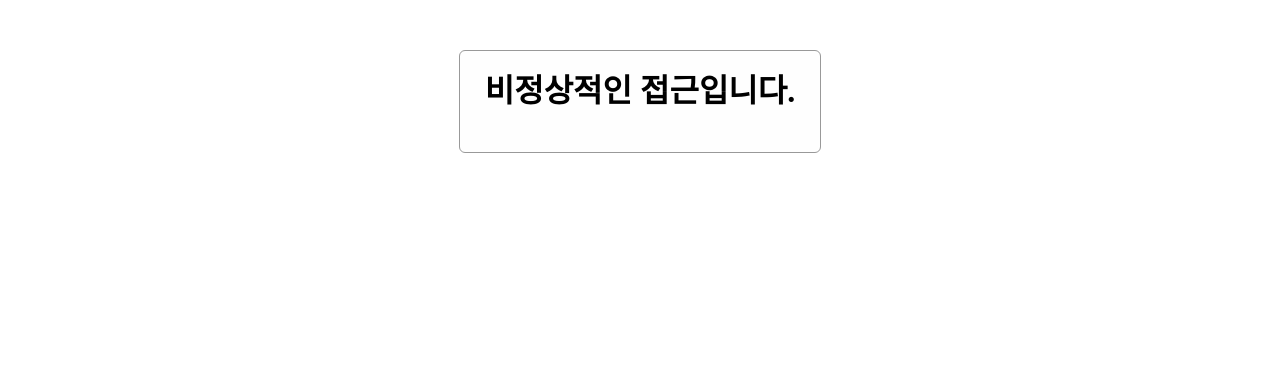
Repository: acredev/Restaurant_Management_System
Page: http://localhost/leekangjo/jsp/mypage/mypage.jsp
An editor plug-in stored every save of this project. The page is shown before and after the next save, followed by the edit.
The browser window is 1280 px wide. The pictures show the whole page.
The page is served by Tomcat 9. Other server files are loaded and not shown.

Above is the page before, as saved 2023-05-20 18:02:46.

### leekangjo/WebContent/jsp/mypage/mypage.jsp
 	<%@page import="java.sql.*" %>
<%@ page language="java" contentType="text/html; charset=UTF-8"
    pageEncoding="UTF-8"%>

<%
	String user_id = request.getParameter("user_id");
	session.setAttribute("MEMBERID", user_id);
	String memberId = (String)session.getAttribute("MEMBERID");
	boolean login = memberId == null ? false : true;
%>

<!DOCTYPE html>
<html>
	<head>
		<meta charset="utf-8">
	    <title>LEEKANGJO - 마이페이지</title>
	    <link href="../../css/mypage.css" rel="stylesheet">
	    <link href="../../css/buttonST.css" rel="stylesheet">
	    <link rel="icon" href="../../img/favicon1.png" type="image/x-icon" sizes="16x16">
	</head>
	<body>
	<%
	if (login)
	{
		try
		{
			//JDBC 드라이버 연결
    		Class.forName("com.mysql.jdbc.Driver");
    		String db_address = "jdbc:mysql://127.0.0.1:3306/kyungmin_store";
    		String db_username = "root";
    		String db_pwd = "root";
    		Connection connection = DriverManager.getConnection(db_address, db_username, db_pwd);

            // 문자열의 인코딩 방식 설정
            request.setCharacterEncoding("UTF-8");

            String insertQuery = "SELECT id, name from kyungmin_store.member where id=?";

            PreparedStatement psmt = connection.prepareStatement(insertQuery);

            psmt.setString(1, user_id);

            ResultSet result = psmt.executeQuery();

            if (result.next() == true)
            {
            	String user_name = result.getString("name");
            	System.out.print(user_name);
            	%>
            	<form name="mypage" class="mypage" method="post">
	    			<div class="outBox">
		    			<div class="boxtitle">
		        			<img src="../../img/Logo4.png" alt="" class="loginImg" onclick="location.href='../../index.jsp'">
    	    				<h1>마이페이지</h1>
                   			<h2>안녕하세요! <input type="text" value="<%=user_name%>"></h2>
                   			<input type="hidden" name="user_id" id="user_id" value="<%=user_id %>">
	    				</div>
    					<button type="button" onclick="myinfo_click()" class="tagbarBT" id="btn_id"> <img src="../../img/myimg.png" class="testimg">나의정보 </button>
                		<button type="button" onclick="alert('잠시 후 시도해주세요.')" class="tagbarBT" id="btn_id"> <img src="../../img/purchase.png" class="testimg">주문내역 </button>
                		<button type="button" onclick="alert('잠시 후 시도해주세요.')" class="tagbarBT" id="btn_id"> <img src="../../img/review.png" class="testimg">리뷰관리 </button>
                		<hr>
					</div>
				</form>
            	<%
            }
            else
            {%>
            	<form name="mypage" class="mypage" method="post">
    	    		<div class="outBox">
						<div class="boxtitle">
						<a class="topid">오류</a>
						<hr>
							<div class="form-item">
								<h1>잘못된 접근입니다.</h1>
								<br>
								<h2>비로그인 상태로 비정상적인 접근입니다.</h2>
							</div>
						</div>
					</div>
    			</form>
    		<%
            }
		}
		catch (Exception ex)
		{
			out.print(ex);
		}
	}
	else
	{%>
		<form name="mypage" class="mypage" method="post">
			<div class="outBox">
	    		<h1>비정상적인 접근입니다.</h1>
			</div>
		</form>
	<%
	}%>
	</body>
	<script src="../../js/mypage.js"></script>
</html>

### leekangjo/WebContent/css/mypage.css
.outBox {margin:50px auto; padding:20px; max-width:320px; border:1px solid #999; border-radius:6px; background-color: #FEFEFE;
}


.IPSBOX{
    margin-top: 10%;
    text-align: center;
}

h1{
    margin-top: -2%;
    text-align: center;
}

#btn_id{
    margin-top: 5%;
    width: 32%;
    margin-bottom: 15%;
}

.testimg{
    width: 100%;
}


img:hover{
	cursor: pointer;
}
h2{
    text-align: left;
    margin-left: 3%;
    font-size: 17px;
}

.topid{
    margin-left: 1%;
    font-size: 20px;
    font-weight: bold;
}
.bye{
    font-size: 13px;
    color: #585858
}
.bye:hover{
    cursor: pointer;
     text-decoration: underline;
}
hr{
    margin-bottom: 5%;
}
input::-webkit-outer-spin-button,
input::-webkit-inner-spin-button {
  -webkit-appearance: none;
  margin: 0;
}
a{
    font-weight: bold;
}
.form-item {
    flex-direction: row-reverse;
    width: 100%;
    align-items: center;
    margin-bottom: 23%;
}
.form-item input {
    width: 92%;
    padding: 12px;
    font-size: 14px;
    color: #111111;
    border: 0;
    border: 1px #cccccc solid;
    margin-bottom: 3%;
}

#usertel:focus{
    border-color:#0982f0;
}
.form-item input:focus {

    outline: none;
}
#email_change{
    width:100%;
    float:right;
    margin-bottom:10%;
}
#telnum_change{
    width: 100%;
    float: right;
    margin-bottom: 15%;
}
#pw_change{
    width:100%;
    float:right;
    margin-bottom:17%;
}
#myinfo_cancle{
    background-color: #DDDDDD;
}
#goto_myinfo{
    width: 100%;
    margin-bottom: 5%
}
.my_pwd{
     width: 92%;
    padding: 12px;
    font-size: 14px;
    color: #111111;
    border: 0;
    border: 1px #cccccc solid;

    margin-bottom: 5%;
}
.my_pwd:focus{
    outline: none;
}
.tagbarBT{
    width: 49%;
}

.btnbox{
    margin-top: -18%;
    margin-bottom: 5%;
}
.form-item input:nth-child(-n+7){
    background-color: #EFEFEF
}

.veri_form-item{
    margin-bottom: %;
}
textarea{
    width: 100%;
    font-size: 15px;
    margin-top: 5%;
    margin-bottom: 5%;
    resize: none;

}
button:disabled{
    background-color: lightgray;
}
button:disabled:hover{
	cursor: not-allowed;
}
#byebtn{
    margin-top: 8%;
    margin-bottom: 5%;
    width: 100%;

}
.IPSBOX{
    margin-top: 7%;
    text-align: center;
}

### leekangjo/WebContent/css/buttonST.css
/* 프로젝트 내부의 버튼 스타일을 결정하는 css 파일입니다. */

.tagbarBT {
  position: relative;
  cursor: pointer;
  font-size: inherit;
  font-family: inherit;
  font-weight: 600;
  color: #382b22;
  padding: 0.5em 1em;
  background: #ffffff;
  border: 2px solid #000;
  border-radius: 0.75em;
  transform-style: preserve-3d;
  transition: transform 150ms cubic-bezier(0, 0, 0.58, 1), background 150ms cubic-bezier(0, 0, 0.58, 1);
}

.tagbarBT::before {
  position: absolute;
  content: "";
  width: 100%;
  height: 100%;
  top: 0;
  left: 0;
  right: 0;
  bottom: 0;
  background: darkgray;
  border-radius: inherit;
  box-shadow: 0 0 0 2px #000, 0 0.625em 0 0 lightgray;
  transform: translate3d(0, 0.75em, -1em);
  transition: transform 150ms cubic-bezier(0, 0, 0.58, 1), box-shadow 150ms cubic-bezier(0, 0, 0.58, 1);
}

.tagbarBT:hover {
  background: lightgray;
  transform: translate(0, 0.25em);
}

.tagbarBT:hover::before {
  box-shadow: 0 0 0 2px , 0 0.5em 0 0 lightgray;
  transform: translate3d(0, 0.5em, -1em);
}

.tagbarBT:active {
  background: lightgray;
  transform: translate(0em, 0.75em);
}

.tagbarBT:active::before {
  box-shadow: 0 0 0 2px , 0 0;
  transform: translate3d(0, 0, -1em);
}

### leekangjo/WebContent/js/mypage.js
function myinfo_click()
{
	var user_id = document.getElementById("user_id");
	popupWindow = window.open("/leekangjo/myinfo/myinfo_pwdchk.jsp?user_id=" + user_id.value, "_blank","resizeable","toolbar=no");
		popupWindow.resizeTo(500,600);
		popupWindow.onresize=(_=>{
			popupWindow.resizeTo(500,600);
		})
}

function myinfo_pwdchk()
{
	document.myinfo_pwdchk.submit();
}

function myinfo_pwdchange()
{
	var user_id = document.getElementById("user_id");

	popupWindow = window.open("myinfo_pwdchange.jsp?user_id=" + user_id.value, "_blank","resizeable","toolbar=no");
	popupWindow.resizeTo(500,650);
	popupWindow.onresize=(_=>{
		popupWindow.resizeTo(500,650);
	});
}

function myinfo_pwdchange_chk()
{
	var pwd = document.pwd_change.pwd.value;
	var pwdsame = document.pwd_change.pwdsame.value;
	var pwd_chk = /^[a-zA-Z0-9]{6,16}$/;

	if (!pwd_chk.test(pwd))
	{
		window.alert("비밀번호는 6글자 이상, 16글자 이하로만 사용 가능합니다.");
		document.pwd_change.pwd.focus();
	}
	else
	{
		if (pwd!= "" && pwdsame != "")
		{
			if (pwd == pwdsame)
			{
				document.getElementById("pwdsame_result").value = "비밀번호가 일치합니다.";
				document.getElementById("pwdsame_result").style.color = "blue";
				document.getElementById("isPwdSame").value = "yes";
			}
			else
			{
				document.getElementById("pwdsame_result").value = "비밀번호가 일치하지 않습니다.";
				document.getElementById("pwdsame_result").style.color = "red";
				document.getElementById("isPwdSame").value = "no";
			}
		}
	}
}

function myinfo_pwdchange_finish()
{
	var isPwdSame = document.getElementById("isPwdSame");

	if (isPwdSame.value == "no")
	{
		alert("비밀번호가 일치하지 않습니다. 확인 후 다시 시도해 주세요.");
	}
	else
	{
		alert("비밀번호 변경사항이 발생했습니다. '나의 정보 → 저장' 버튼을 눌러 변경사항을 저장해 주세요.");
		opener.document.myinfo.isPwdChange.value = document.pwd_change.pwd.value;
		opener.document.myinfo.pwd_change.disabled = "disabled";
		opener.document.myinfo.pwd_change.style.backgroundColor = "#DDDDDD";
		opener.document.myinfo.pwd_change.innerText = "비밀번호 변경완료";
		opener.document.myinfo.pwd_change.style.color = "blue";
		close();
	}
}

function myinfo_telchange()
{
	popupWindow = window.open("myinfo_telchange.jsp", "_blank","resizeable","toolbar=no");
	popupWindow.resizeTo(500,600);
	popupWindow.onresize=(_=>{
	popupWindow.resizeTo(500,600);
	})
}

function myinfo_emailchk()
{
	var user_email = document.getElementById("user_email");
	var email_chk = /^[0-9a-zA-Z]([-_.]?[0-9a-zA-Z])*@[0-9a-zA-Z]([-_.]?[0-9a-zA-Z])*.[a-zA-Z]{2,3}$/i;
	if (user_email.value == "")
	{
		alert("이메일 입력 후 다시 시도해 주세요.");
		email.focus();
	}
	else if (!email_chk.test(user_email.value))
	{
		alert("이메일 형식에 맞지 않습니다. 이메일을 올바르게 입력 후 다시 시도해 주세요.");
		user_email.focus();
	}
	else
	{
		popupWindow = window.open("myinfo_emailchange.jsp", "_blank","resizeable","toolbar=no");
		popupWindow.resizeTo(500,600);
		popupWindow.onresize=(_=>{
			popupWindow.resizeTo(500,600);
		})
	}
}

function myinfo_telchk()
{
	var user_tel = document.getElementById("user_tel");
	var tel_num_chk = /^01([0|1|6|7|8|9])-?([0-9]{3,4})-?([0-9]{4})$/;

	if (user_tel.value == "")
	{
		alert("휴대폰 번호가 입력되지 않았습니다. 휴대폰 번호를 입력하고, 다시 시도해 주세요.");
		user_tel.focus();
	}
	else if (!tel_num_chk.test(user_tel.value))
	{
		alert("휴대폰 번호 형식에 맞지 않습니다. 휴대폰 번호 입력 시, 하이픈 (-) 제거 후 숫자만 입력 바랍니다.");
	}
	else
	{
		document.form_telchange.submit();
	}
}


function myinfo_saveBtn()
{

	var user_name = document.getElementById("user_name");
	var user_email = document.getElementById("user_email");
	var user_tel = document.getElementById("user_tel");

	var isEmailChange = document.getElementById("isEmailChange");
	var isTelChange = document.getElementById("isTelChange");
	var isPwdChange = document.getElementById("isPwdChange");


	if (isEmailChange.value == "no" && isTelChange.value == "no" && isPwdChange.value == "no")
	{
		alert("회원정보를 수정할 변경사항이 존재하지 않습니다. 확인 후 다시 시도해 주세요.");
	}
	else
	{
		if (isEmailChange.value == "yes" && isTelChange.value == "no" && isPwdChange.value == "no")
		{
			alert(user_name.value + " 회원님의 이메일 주소가 변경되었습니다.\n[변경내용]이메일 주소 : " + user_email.value);
			document.myinfo.submit();
		}
		else if (isEmailChange.value == "no" && isTelChange.value == "yes" && isPwdChange.value == "no")
		{
			alert(user_name.value + " 회원님의 휴대폰 번호가 변경되었습니다.\n[변경내용]휴대폰 번호 : " + user_tel.value);
			document.myinfo.submit();
		}
		else if (isEmailChange.value == "no" && isTelChange.value == "no" && isPwdChange.value != "no")
		{
			alert(user_name.value + " 회원님의 비밀번호 변경이 완료되었습니다.");
			document.myinfo.submit();
		}
		else if (isEmailChange.value == "yes" && isTelChange.value == "yes" && isPwdChange.value == "no")
		{
			alert(user_name.value + " 회원님의 이메일 주소와 휴대폰 번호가 변경되었습니다.\n[변경내용]휴대폰 번호 : " + user_tel.value + "\n이메일 주소 : " + user_email.value);
			document.myinfo.submit();
		}
		else if (isEmailChange.value == "yes" && isTelChange.value == "no" && isPwdChange.value != "no")
		{
			alert(user_name.value + " 회원님의 이메일 주소와 비밀번호가 변경되었습니다.\n[변경내용]이메일 주소 : " + user_email.value);
			document.myinfo.submit();
		}
		else if (isEmailChange.value == "no" && isTelChange.value == "yes" && isPwdChange.value != "no")
		{
			alert(user_name.value + " 회원님의 휴대폰 번호와 비밀번호가 변경되었습니다.\n[변경내용]휴대폰 번호 : " + user_tel.value);
			document.myinfo.submit();
		}
		else
		{
			alert("오류가 발생했습니다. 처음부터 다시 시도 바랍니다.");
			close();
		}
	}
}

function myinfo_remove()
{
	var user_id = document.getElementById("user_id");
	popupWindow = window.open("/leekangjo/myinfo_remove.jsp?user_id=" + user_id.value, "_blank","resizeable","toolbar=no");
		popupWindow.resizeTo(500,600);
		popupWindow.onresize=(_=>{
			popupWindow.resizeTo(500,600);
		})
}

function myinfo_remove_chk()
{
	document.myinfo_remove.submit();
}

After the next save:
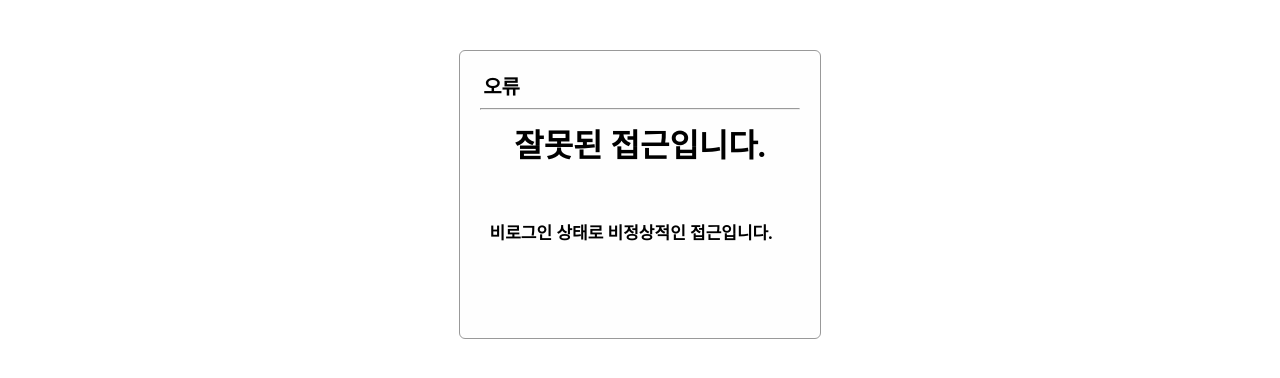
Saved 67 s later.
--- a/leekangjo/WebContent/jsp/mypage/mypage.jsp
+++ b/leekangjo/WebContent/jsp/mypage/mypage.jsp
@@ -73,7 +73,7 @@
 							<div class="form-item">
 								<h1>잘못된 접근입니다.</h1>
 								<br>
-								<h2>비로그인 상태로 비정상적인 접근입니다.</h2>
+								<h2>회원정보가 존재하지 않습니다.</h2>
 							</div>
 						</div>
 					</div>
@@ -89,10 +89,18 @@
 	else
 	{%>
 		<form name="mypage" class="mypage" method="post">
-			<div class="outBox">
-	    		<h1>비정상적인 접근입니다.</h1>
+     		<div class="outBox">
+				<div class="boxtitle">
+					<a class="topid">오류</a>
+					<hr>
+					<div class="form-item">
+						<h1>잘못된 접근입니다.</h1>
+						<br>
+						<h2>비로그인 상태로 비정상적인 접근입니다.</h2>
+					</div>
+				</div>
 			</div>
-		</form>
+    	</form>
 	<%
 	}%>
 	</body>
